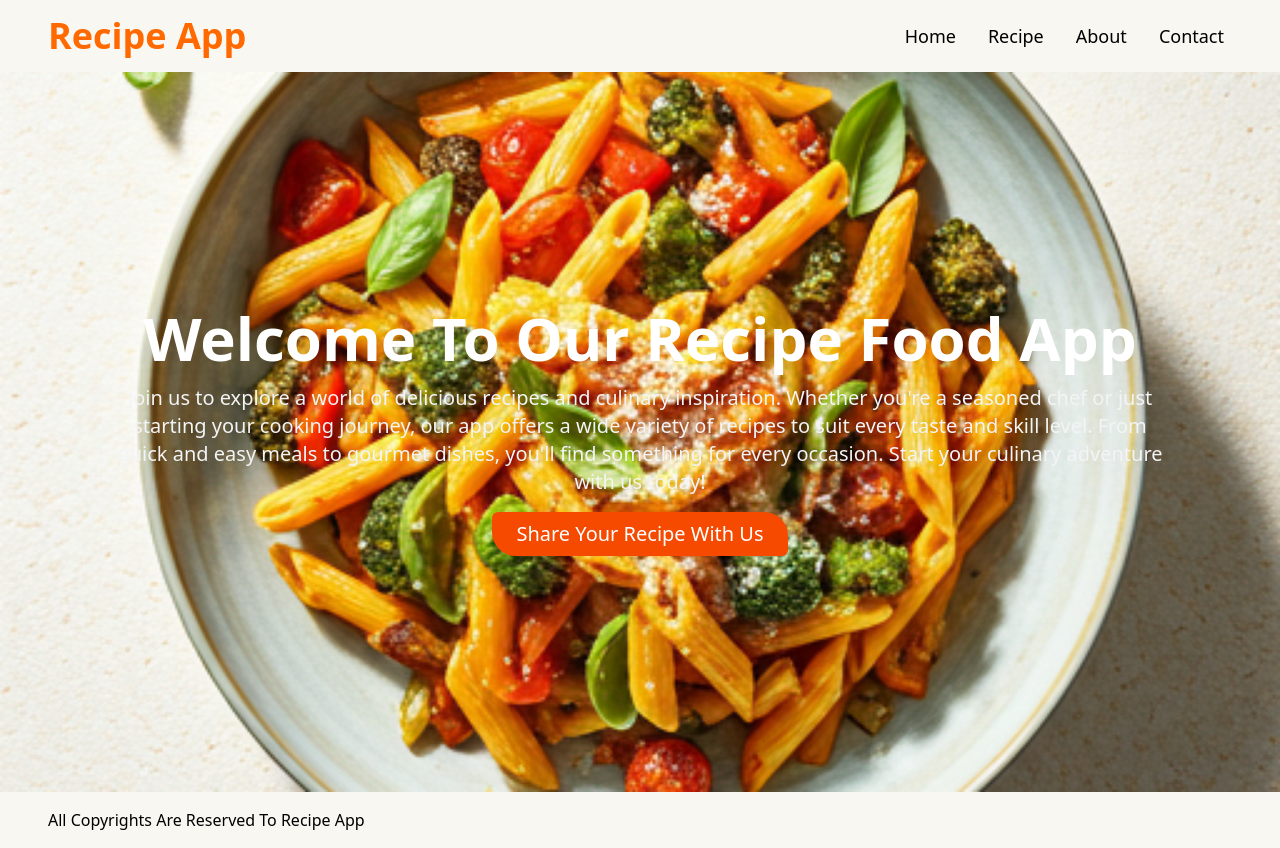
Repository: Eslam0Mohamed/mern-recipe-app
Page: / (app in FrontEnd/)
An editor plug-in stored every save of this project. The page is shown before and after a run of saves, followed by the edit.
The browser window is 1280 px wide. The pictures show the whole page.
The project was rebuilt for these pictures with package versions that can differ from the ones it lists, and the page was loaded fresh each time. Also part of the build but not shown: FrontEnd/vite.config.js.

Above is the page before, as saved 2026-05-07 18:54:24.

### FrontEnd/src/index.css
@import "tailwindcss";
  .container{
    @apply mx-auto w-10/12
}
@theme{
  --color-tertiary:"#F9F7F2"
}

### FrontEnd/src/App.jsx
import React from 'react'
import Home from './pages/Home'
import { createBrowserRouter, RouterProvider } from 'react-router-dom'
import Layout from './components/Layout'

const App = () => {
  const router = createBrowserRouter([
    { path: '/', element: <Layout />,children:[
      {path:"/",element:<Home/>}
    ]  },
    // { path: '/', element: <Contact />  },
    // { path: '/', element: <Home />  }
  ])
  return (
    <main>
      <RouterProvider router={router} />
    </main>
  )
}

export default App

### FrontEnd/src/pages/Home.jsx
import React from 'react'
import backgroundImage from "../assets/bg_1.png"
function Home() {
  return (
    <section style={{backgroundImage:`url(${backgroundImage})`,}} className={`bg-cover bg-tertiary h-screen bg-center flex items-center justify-center `}>
      <div className='left container flex flex-col gap-4 text-center justify-center items-center' >
        <h1 className='text-white text-6xl font-semibold'>Welcome To Our Recipe Food App</h1>
        <p className='text-md text-gray-100 font-medium text-xl'> Join us to explore a world of delicious recipes and culinary inspiration. Whether you're a seasoned chef or just starting your cooking journey, our app offers a wide variety of recipes to suit every taste and skill level. From quick and easy meals to gourmet dishes, you'll find something for every occasion. Start your culinary adventure with us today!</p>
      <button className='w-fit outline-none px-6 py-2  text-xl rounded-bl-3xl rounded-tr-3xl  cursor-pointer bg-orange-600 text-white transition-colors duration-300 rounded-md hover:bg-orange-700 hover:scale-105 '>Share Your Recipe With Us</button>
      </div>
      {/* <div className='right'>
        <img src={""} alt="share your recipe" />
      </div> */}
      <div></div>
    </section>
  )
}

export default Home

### FrontEnd/src/components/Layout.jsx
import React from 'react'
import Navbar from './Navbar'
import { Outlet } from 'react-router-dom'
import Footer from './Footer'

const Layout = () => {
  return (
    <div>
      <Navbar/>
      <Outlet/>
      <Footer/>
    </div>
  )
}

export default Layout

### FrontEnd/src/components/Navbar.jsx
import React from 'react'

const Navbar = () => {
    return (
        <header className='bg-[#F9F7F2]'>
            <nav className='px-12 py-4 flex justify-between items-center '>
                <div className="logo text-4xl text-orange-500 font-extrabold ">
                    Recipe App
                </div>
                <ul className='flex items-center gap-4'>
                    <li><a href="" className='hover:bg-orange-500 hover:text-white py-1 px-2 rounded-md  text-md font-medium text-lg'>Home</a></li>
                    <li><a href="" className='hover:bg-orange-500 hover:text-white py-1 px-2 rounded-md  text-md font-medium text-lg'>Recipe</a></li>
                    <li><a href="" className='hover:bg-orange-500 hover:text-white py-1 px-2 rounded-md  text-md font-medium text-lg'>About</a></li>
                    <li><a href="" className='hover:bg-orange-500 hover:text-white py-1 px-2 rounded-md  text-md font-medium text-lg'>Contact</a></li>
                </ul>
            </nav>

        </header>
    )
}

export default Navbar

### FrontEnd/src/components/Footer.jsx
import React from 'react'

const Footer = () => {
  return (
    <footer className='bg-[#F9F7F2] px-12 py-4'>
      <div className=''>All Copyrights Are Reserved To Recipe App</div>
    </footer>
  )
}

export default Footer

Loaded but not shown: FrontEnd/src/main.jsx (common file)

After the next 5 saves:
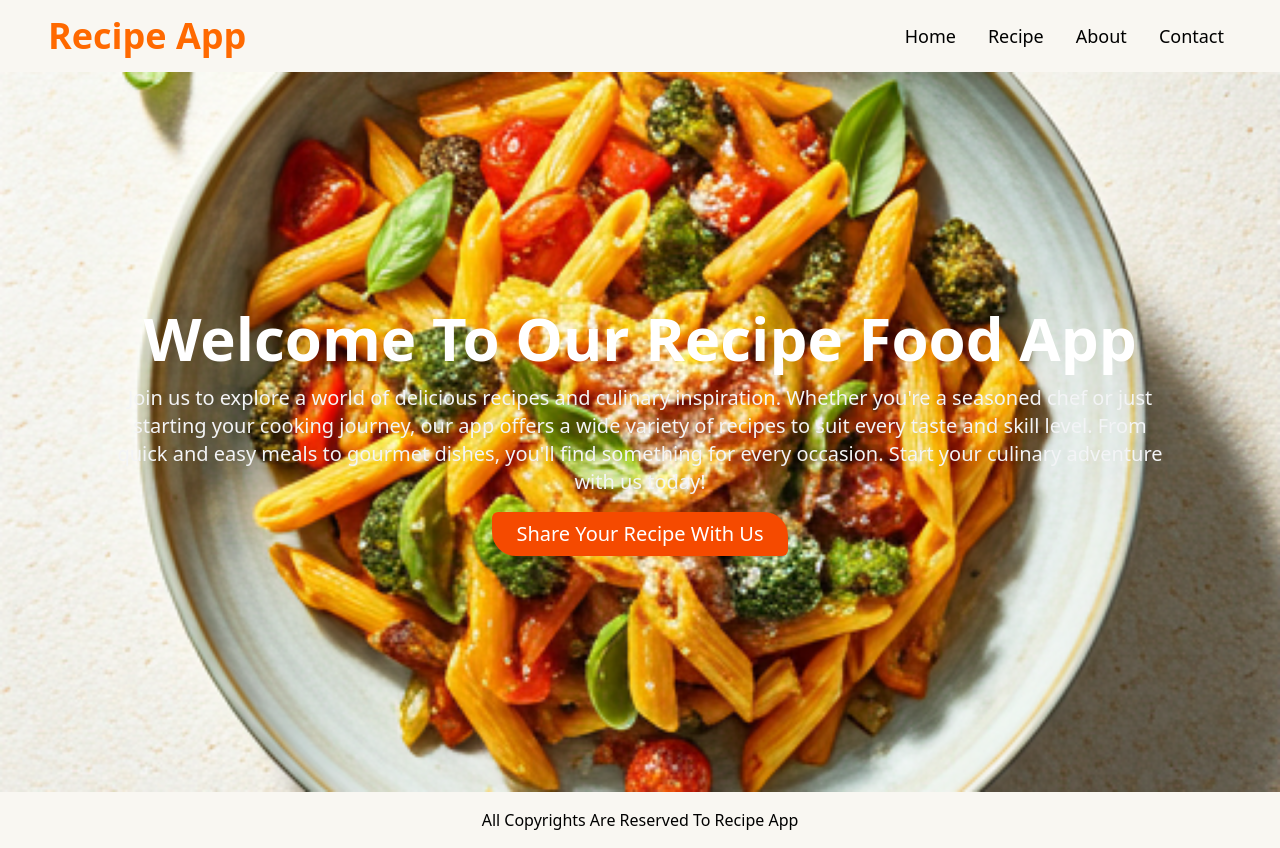
The 5 saves are shown as one change because they came seconds apart.
The last was saved 25 s later.
--- a/FrontEnd/src/components/Footer.jsx
+++ b/FrontEnd/src/components/Footer.jsx
@@ -2,7 +2,7 @@ import React from 'react'
 
 const Footer = () => {
   return (
-    <footer className='bg-[#F9F7F2] px-12 py-4'>
+    <footer className='bg-[#F9F7F2] px-12 py-4 flex justify-center items-center'>
       <div className=''>All Copyrights Are Reserved To Recipe App</div>
     </footer>
   )
